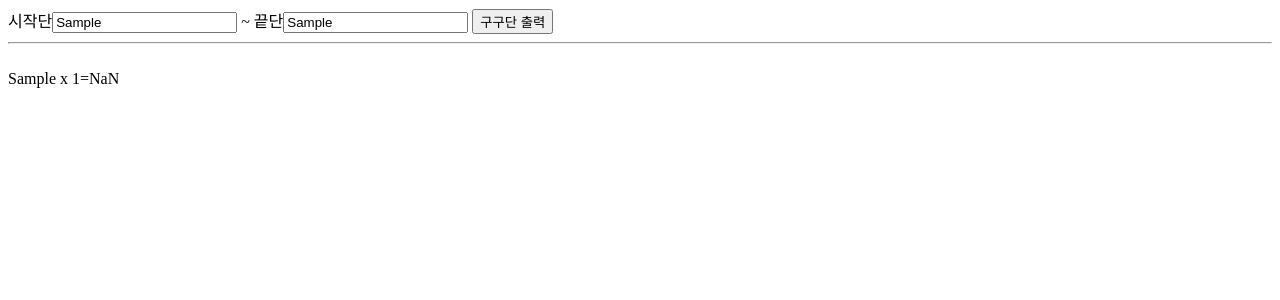
Repository: popconnect/jQuery
Page: http://localhost/jqueryEx01/gugudan.jsp
An editor plug-in stored every save of this project. The page is shown before and after the next save, followed by the edit.
The browser window is 1280 px wide. The pictures show the whole page.
Empty fields were first filled with sample values (such as "Sample", 5 or name@example.com).
After loading, the first visible `#btn` was clicked once.
The page is served by Tomcat 9.

Above is the page before, as saved 2023-05-16 02:36:32.

After the next save:
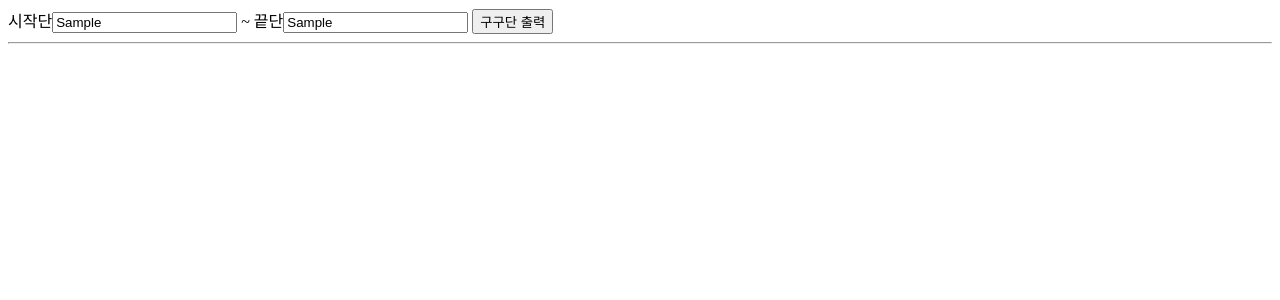
Saved 27 s later.
--- a/jqueryEx01/src/main/webapp/gugudan.jsp
+++ b/jqueryEx01/src/main/webapp/gugudan.jsp
@@ -15,7 +15,7 @@
 			let enddan = $('#enddan').val();
 			console.log(startdan);
 			console.log(enddan);
-			$('div').html(function(index) {
+			$('result').html(function(index) {
 				for(i=startdan; i<=enddan; i++) {
 					for(j=index+1; j<=9; j++) {
 						return i + ' x ' + j + '=' + i*j;
